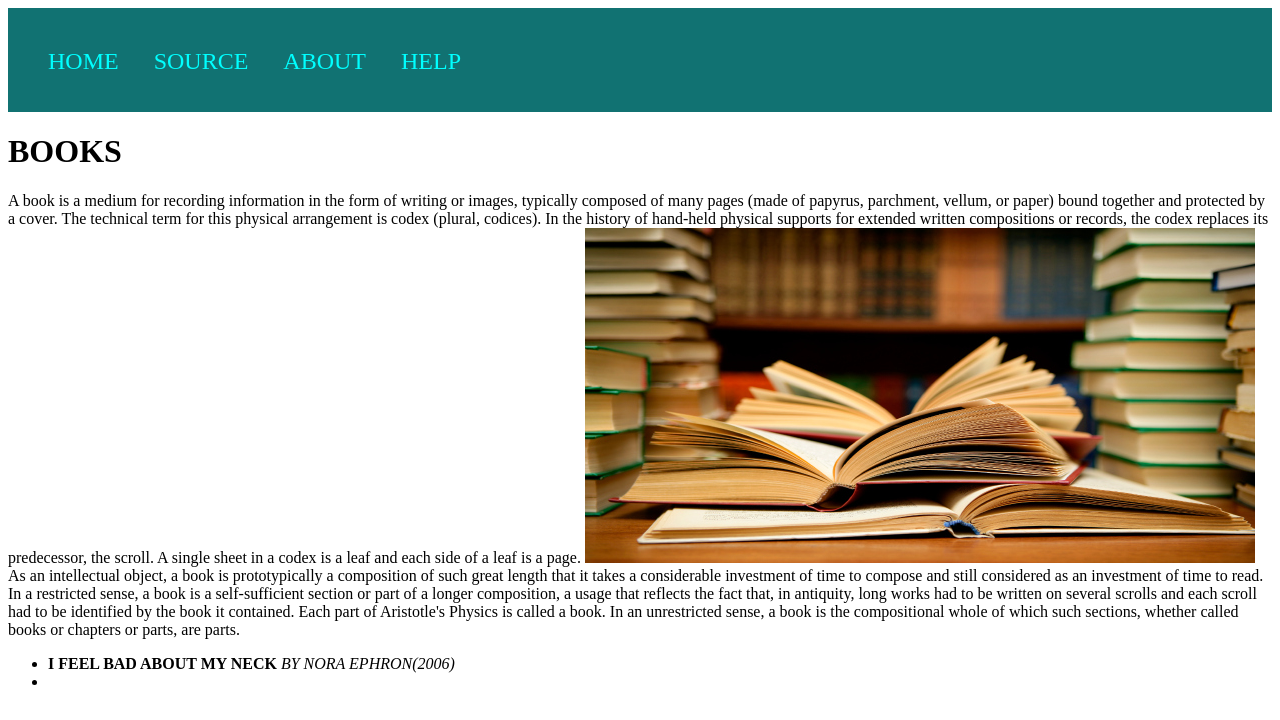
Repository: Hanan-arts/websites
Page: 01 web design/website.html
These files come from the project's save history. The page is drawn as it stood at one moment and after the next save; the edit follows.
The browser window is 1280 px wide. The pictures show the whole page.

Above is the page before, as saved 2021-02-13 21:20:19.

After the next save:
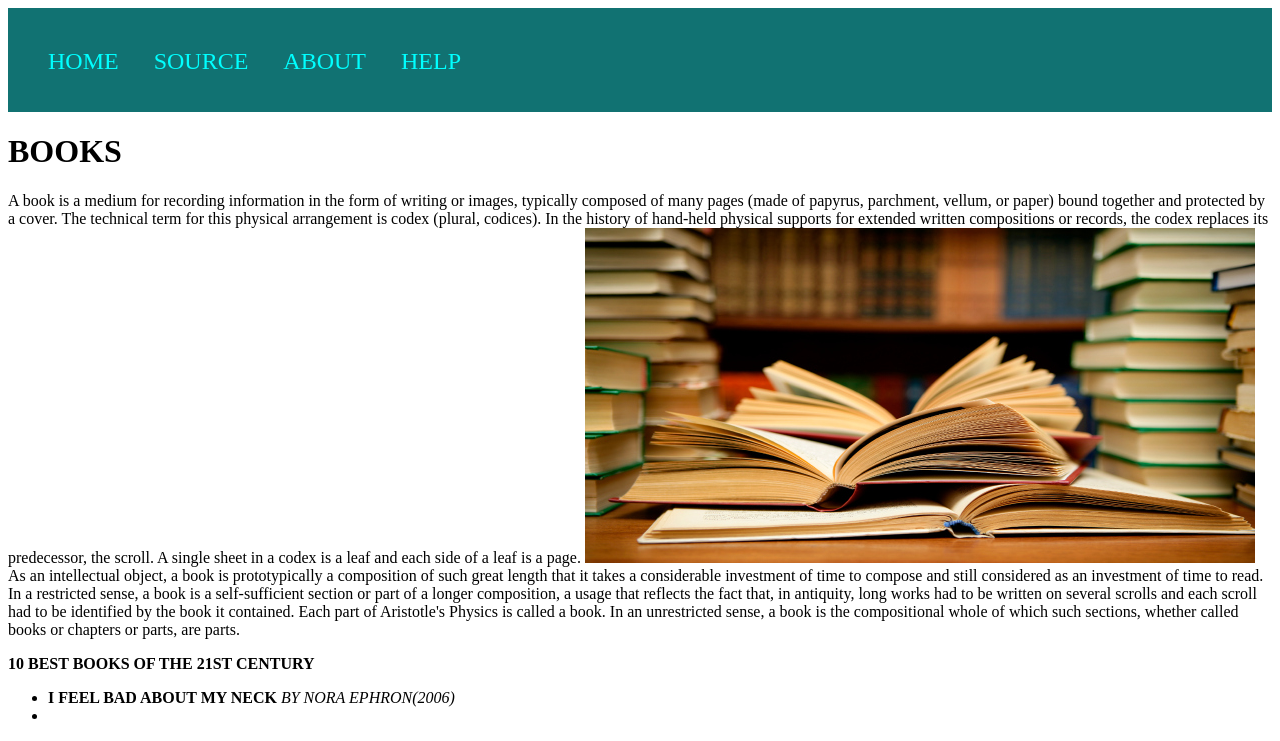
Saved 16 s later.
--- a/01 web design/website.html
+++ b/01 web design/website.html
@@ -47,7 +47,7 @@ In an unrestricted sense, a book is the compositional whole of which such sectio
 or chapters or parts,
 are parts.
 </body>
-<p><b></b></p>
+<p><b>10 BEST BOOKS OF THE 21ST CENTURY</b></p>
 <p>
     <div>
         <ul>
